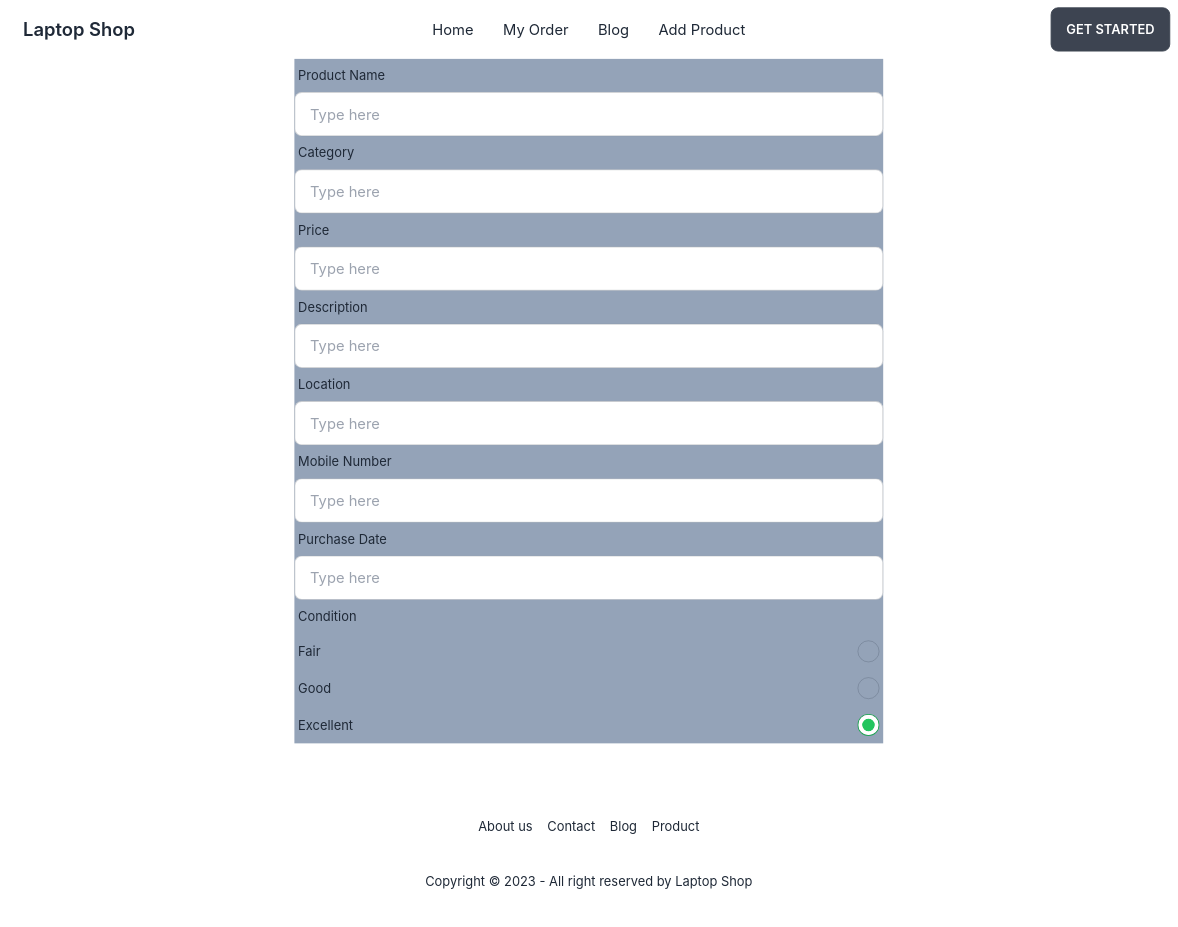
Repository: mdsajib50/E-commerce
Page: /add-product
The author's editor kept a copy of each file at every save. The page is drawn from the files as they stood at one save, then again after the next save.
The browser window is 1280 px wide. The pictures show the whole page, at 92% of full size.
The project was rebuilt for these pictures with package versions that can differ from the ones it lists, and the page was loaded fresh each time. Also part of the build but not shown: src/Pages/Home/Banner/Banner.js, src/Pages/Home/Product/ProductCard.js, src/Pages/Home/Product/Product.js, src/Pages/Home/Home/Home.js.

Above is the page before, as saved 2023-01-11 23:17:16.

After the next save:
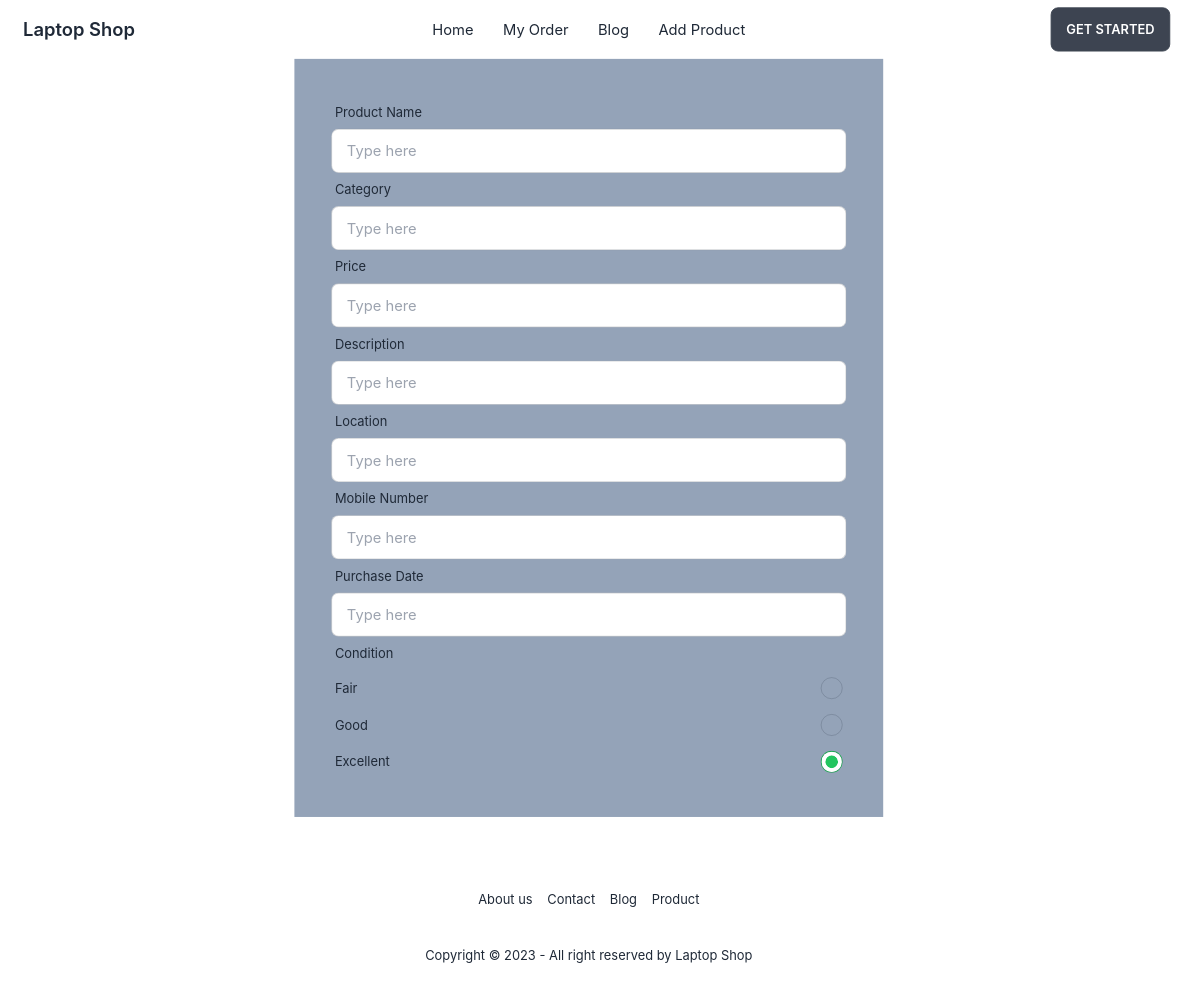
Saved 7 s later.
--- a/src/Pages/AddProduct/AddProduct.js
+++ b/src/Pages/AddProduct/AddProduct.js
@@ -3,7 +3,7 @@ import React from 'react';
 const AddProduct = () => {
     return (
         <div className=''>
-           <div className=' text-center w-1/2 mx-auto bg-slate-400 p-'>
+           <div className=' text-center w-1/2 mx-auto bg-slate-400 p-10'>
                 <form>
                     <div className="form-control">
                         <label className="label">
